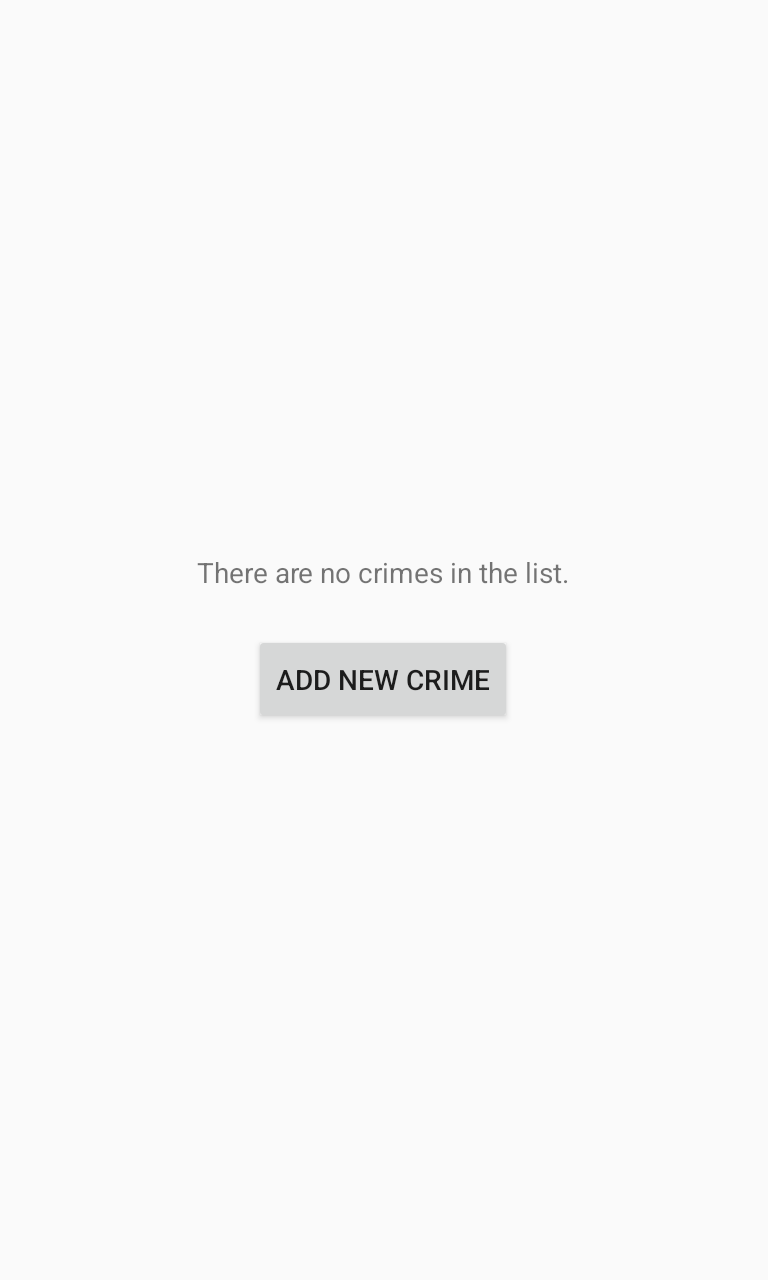
Repository: Jeedan/learning-android-apps
Layout: CriminalIntent/res/layout/fragment_list_crimes.xml
An editor plug-in stored every save of this project. The layout is shown before and after the next save, followed by the edit.
It is drawn on a 768 x 1280 px phone screen (xhdpi) without system bars, with theme AppTheme; the app's code is not run. Lists and similar views that code fills are empty.

Above is the layout before, as saved 2014-10-23 10:25:44.

After the next save:
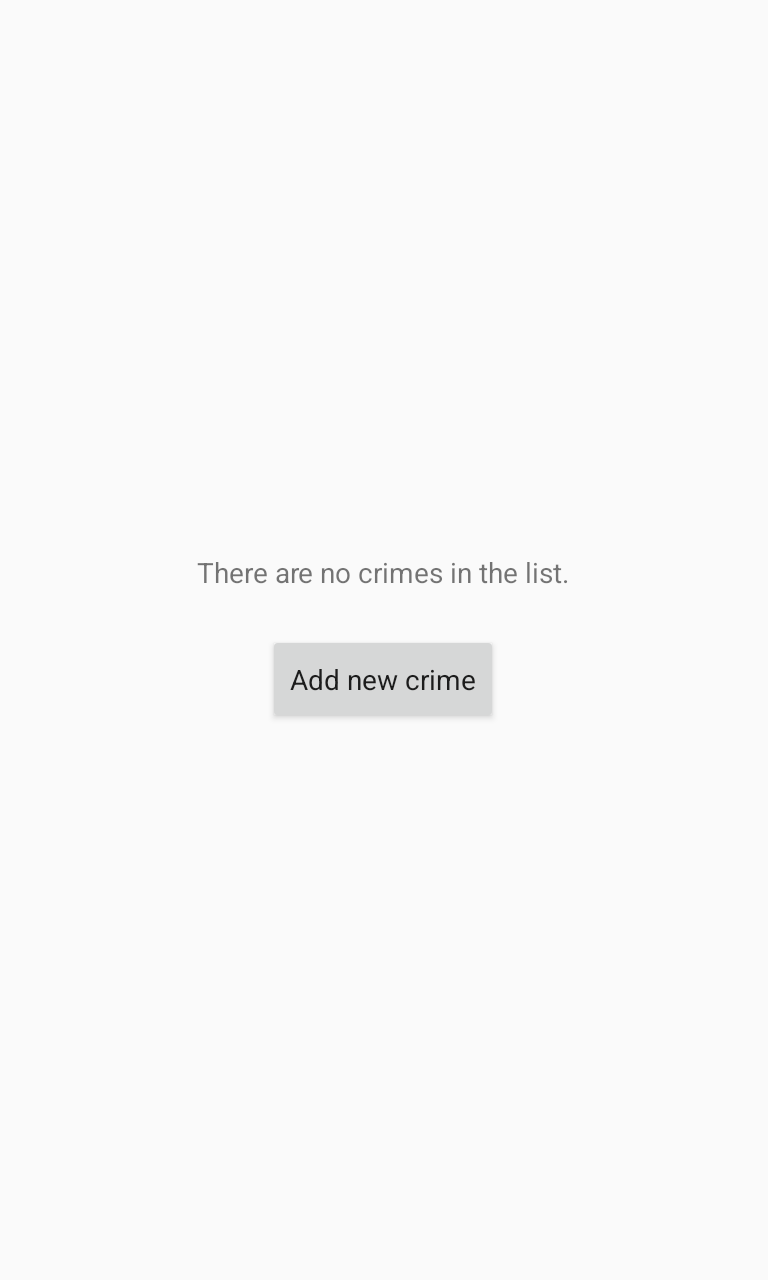
Saved 81 s later.
--- a/CriminalIntent/res/layout/fragment_list_crimes.xml
+++ b/CriminalIntent/res/layout/fragment_list_crimes.xml
@@ -23,10 +23,12 @@
 
     <Button
         android:id="@+id/add_crime_button"
+        style="@style/AppBaseTheme"
         android:layout_width="wrap_content"
         android:layout_height="wrap_content"
-        android:text="@string/add_new_crime_button_label"
         android:layout_gravity="center"
-        android:layout_marginTop="20dp"/>
+        android:layout_marginTop="20dp"
+        android:text="@string/add_new_crime_button_label" />
+
    </LinearLayout>
 </FrameLayout>
